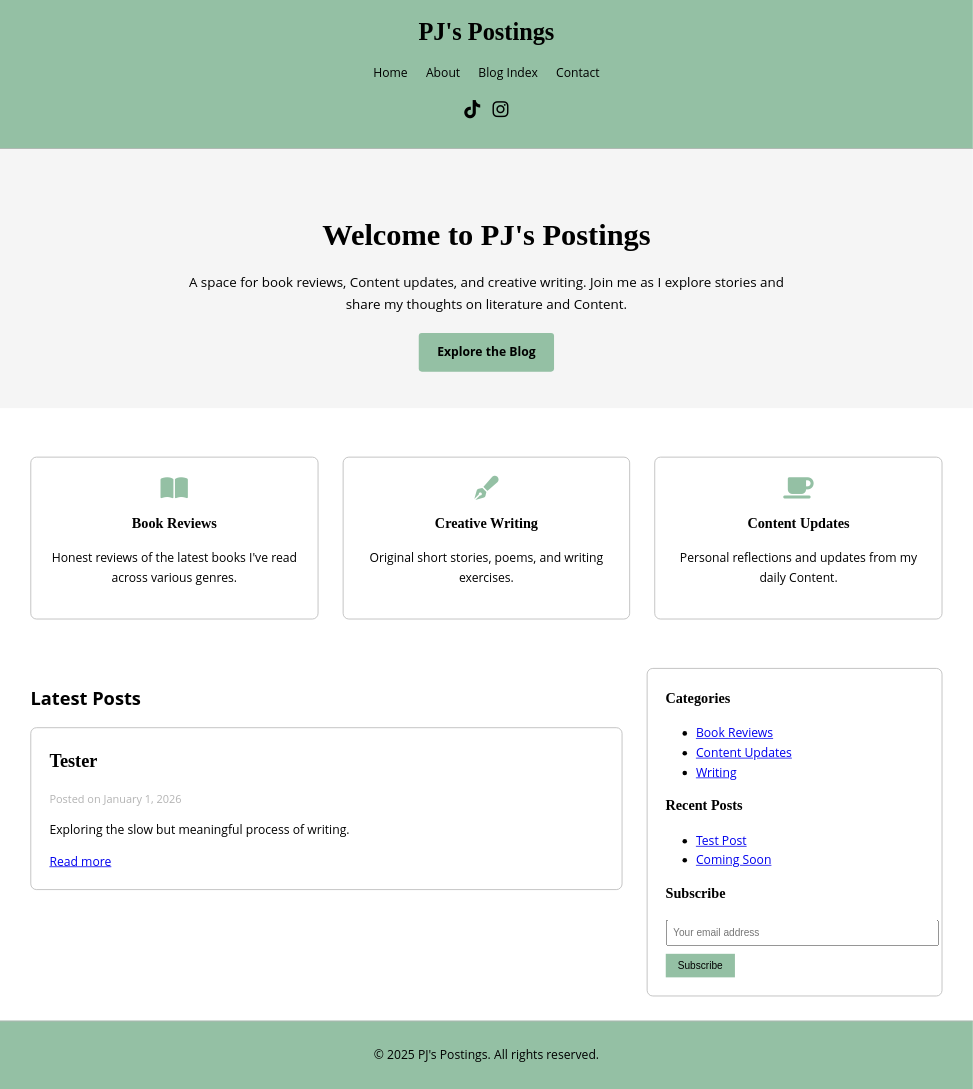
Repository: pjpatrick071/pjpatrick071.github.io
Page: index.html
An editor plug-in stored every save of this project. The page is shown before and after the next save, followed by the edit.
The browser window is 1280 px wide. The pictures show the whole page, at 76% of full size.
Some web fonts or font styles are not loaded; a fallback is used.

Above is the page before, as saved 2025-04-07 21:21:50.

After the next save:
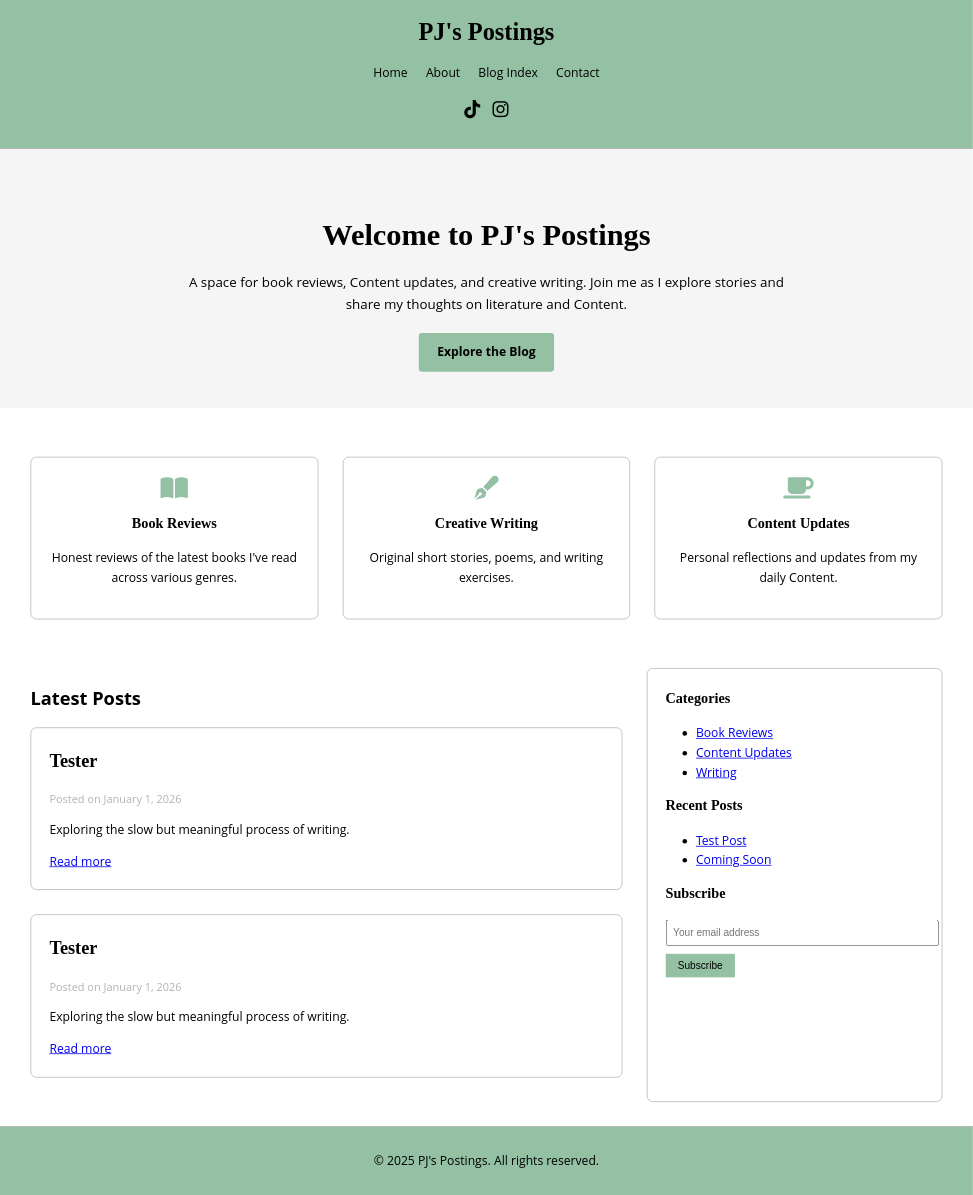
Saved 12 s later.
--- a/posts.json
+++ b/posts.json
@@ -1,5 +1,13 @@
 {
     "posts": [
+      {
+        "title": "Tester",
+        "date": "2026-01-01",
+        "url": "posts/tester.html",
+        "excerpt": "Exploring the slow but meaningful process of writing.",
+        "category": "writing",
+        "requested": false
+      },
       {
         "title": "Tester",
         "date": "2026-01-01",
